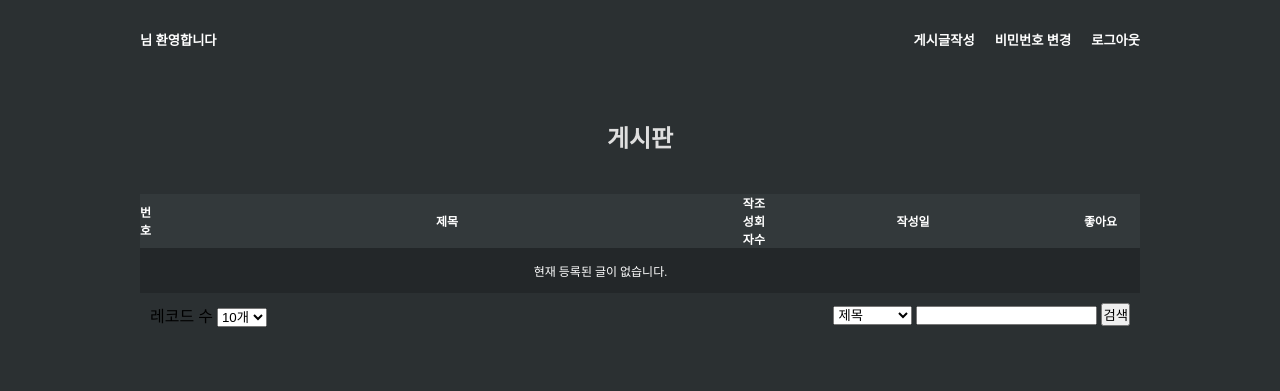
Repository: kyoshin95/BoardBackup
Page: http://localhost/BoardWeb_4/WEB-INF/jsp/board/list.jsp
These files come from the project's save history. The page is drawn as it stood at one moment and after the next save; the edit follows.
The browser window is 1280 px wide. The pictures show the whole page.
The page is served by Tomcat 9. Nobody is signed in. Other server files are loaded and not shown. The template is opened directly, without the code that normally fills it, so the values that code supplies are empty.

Above is the page before, as saved 2020-09-04 03:32:51.
Console error: SyntaxError: Unexpected identifier 'i'

### BoardWeb_4/WebContent/WEB-INF/jsp/board/list.jsp
<%@ page language="java" contentType="text/html; charset=UTF-8"
    pageEncoding="UTF-8"%>
<%@ taglib uri="http://java.sun.com/jsp/jstl/core" prefix="c" %>
<%@ page import="com.koreait.pjt.db.BoardDAO" %>
<%@ page import="com.koreait.pjt.vo.BoardVO" %>
<%@ page import="java.util.*" %>
<!DOCTYPE html>
<html>
<head>
<meta charset="UTF-8">
<title>리스트</title>
<style>
	* { margin: 0px; padding: 0px;}
	body{ background: #2B3032; font-family: "나눔고딕";}
	#container{ width:1000px; height: 100%; margin: 0 auto;}
	#long { width: 600px;}
	#middle { width: 300px;}
	#betweenul{ display: flex; justify-content:space-between;}
	#rightul {display: flex; justify-content:space-around;}
	#bottom_p {display: flex; justify-content:space-between; width: 100%; padding: 0px; font-family: "나눔고딕";}
	.bottom_c {padding: 10px; font-family: "나눔고딕";}
	#rightul li {margin-left: 20px;}
	nav { text-align:right;}
	li {list-style:none; float: left;}
	div { text-align: center; padding-top : 30px;}
	h5 {text-align: right; color: #ffffff;}
	h2 { color : #dfdfdf; margin-top: 40px; margin-bottom: 40px;}
	a {text-decoration: none; color: #ffffff;}
	table { border-collapse : collapse;font-size: 12px;  width: 100%; margin: 0 auto; border: none;  background: #232729;}
	table th { background: #9e9e9e;  height: 50px; border: none; font-weight: bold; background: #33393B; color: #ffffff;}
	table td { height: 45px; width: 150px; border: none; color: #ffffff;}
	.pnt:hover { cursor: pointer; background: #263135; color: black;}
	.chk {font-weight: bold}
	transition: all 0.5s;
    transition-timing-function:ease;
    }
    a {
		text-decoration: none;
		color:black;
	}

	.pagingFont:not(:first-child) {
		margin-left: 13px;
	}
	.pro_img {
		width: 30px; height: 30px; border-radius: 30px;
	}
	.short {
		width: 80px;
	}
	.highlight {
		color: #FAED7D;
		font-weight: bold;
	}
</style>
</head>
<body>
	<div id="container">
		<nav>
			<ul id="betweenul">
				<li>
					<h5><a href="/profile">${loginUser.nm}</a>님 환영합니다</h5>
				</li>
				<li>
					<ul id="rightul">
						<li>
							<h5><a href="/board/regmod">게시글작성</a></h5>
						</li>
						<li>
							<h5><a href="/changePw">비민번호 변경</a></h5>
						</li>
						<li>
							<h5><a href="/user/logout">로그아웃</a></h5>
						</li>
					</ul>
				</li>
			</ul>
		</nav>
		<div>
			<h2>게시판</h2>
		</div>
		<table>
			<tr>
				<th>번호</th>
				<th id="long">제목</th>
				<th>작성자</th>
				<th>조회수</th>
				<th id="middle">작성일</th>
				<th class="short">좋아요</th>
			</tr>
			<c:choose>
				<c:when test="${empty data}">
					<tr>
						<td colspan="5" align="center">현재 등록된 글이 없습니다.</td>
					</tr>
				</c:when>
				<c:otherwise>
					<c:forEach items="${data}" var="item">
						<tr class="pnt" >
							<td onclick="moveToDetail(${item.i_board})">${item.i_board}</td>
							<td onclick="moveToDetail(${item.i_board})">${item.title}
								<c:choose>
									<c:when test="${item.cnt_count == 0}" >
									</c:when>
									<c:otherwise>
										<span> (${item.cnt_count})</span>
									</c:otherwise>
								</c:choose>
							</td>
							<td>
								<c:choose>
									<c:when test="${item.profile_img != null}" >
										<img class="pro_img" src="/img/user/${item.i_user }/${item.profile_img}" >
									</c:when>
									<c:otherwise>
										<img class="pro_img" src="/img/default_profile.jpg">
									</c:otherwise>
								</c:choose>
								${item.nm }
							</td>
							<td>${item.hits}</td>
							<td>${item.r_dt}</td>
							<td onclick="getLikeList(${item.i_board}, ${item.like_count})">${item.like_count }</td>
						</tr>
					</c:forEach>
				</c:otherwise>
			</c:choose>
		</table>
		<div id="bottom_p">
			<div class="bottom_c">
				<form id="selFrm" action="/board/list" method="get">
					<input type="hidden" name="page" value="${page}">
					<input type="hidden" name="searchText" value="${param.searchText}">
					레코드 수
					<select name="record_cnt" onchange="changeRecordCnt()">
						<c:forEach begin="10" end="30" step="10" var="item">
							<c:choose>
								<c:when test="${param.record_cnt == item}">
									<option value="${item}" selected>${item}개</option>
								</c:when>
								<c:otherwise>
									<option value="${item}">${item}개</option>
								</c:otherwise>
							</c:choose>
						</c:forEach>
					</select>
				</form>
			</div>
			<div  class="bottom_c">
				<form action="/board/list">
					<select name="searchType">
						<option value="a" ${searchType == 'a' ? 'selected' : ''}>제목</option>
						<option value="b" ${searchType == 'b' ? 'selected' : ''}>내용</option>
						<option value="c" ${searchType == 'c' ? 'selected' : ''}>제목+내용</option>
					</select>
					<input type="search" name="searchText" value="${param.searchText}">
					<input type="submit" value="검색">
				</form>
			</div>
		</div>
		<div>

		</div>
		<div class="fontCenter">
			<c:forEach begin="1" end="${pagingCnt}" var="item">
				<c:choose>
					<c:when test="${page == item}">
						<span class="pagingFont pageSelected">${item}</span>
					</c:when>
					<c:otherwise>
						<span class="pagingFont">
							<a href="/board/list?page=${item}&record_cnt=${param.record_cnt}&searchText=${param.searchText}&searchType=${searchType}">${item}</a>
						</span>
					</c:otherwise>
				</c:choose>
			</c:forEach>
		</div>
	</div>
	<div id="likeListContainer">
	</div>
	<script src="https://cdn.jsdelivr.net/npm/axios/dist/axios.min.js"></script>
	<script>

		function makeLikeUser(one)
		{
			const img = one.profile_img == null ? '<img class="pImg" src = "/img/default_profile.jpg"' : `<img class="pImg" src="/img/user/\${one.i_user}/\${one.profile_img}">`
			const ele = `<div class="likeItemContainer">
				<div class="profileContainer">
					<div class="profile">
						\${img}
					</div>
				</div>
				<div class="nm">
					\${one.nm}
				</div>
			</div>`
			return ele
		}
		function getLikeList(i_board, cnt)
		{
			likeListContainer.style.opacity = 1
			likeListContainer.innerHTML = ""

			if(cnt == 0) { return }
			axios.get('/boardLike', {
				params: {
					i_board // 변수 X , 키값, 변수명이랑 같을때 이렇게 사용, 원래는 i_board: i_board(키: 변수)형태;
				}
			}).then(function(res) {
				if(res.data.length > 0){
					for(int i = 0; i < res.data.length; i++)
					{
						const result = makeLikeUser(res.data[i])
						likeListContainer.innerHTML += result
					}
				}
			})
		}

		function

		function moveToDetail(i_board)
		{
			location.href = '/board/detail?page=${page}&record_cnt=${param.record_cnt}&searchType=${searchType}&searchText=${param.searchText}&i_board=' + i_board
		}

		function changeRecordCnt()
		{
			selFrm.submit()
		}

	</script>
</body>
</html>

After the next save:
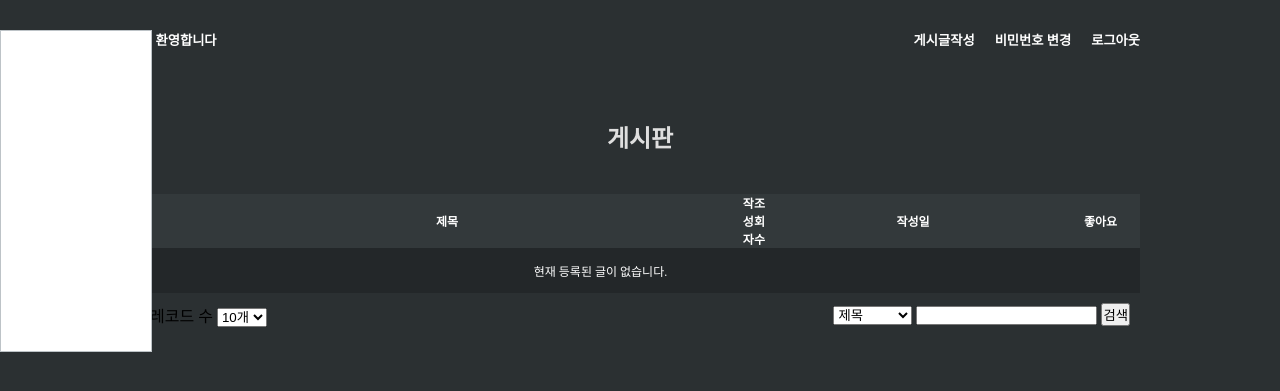
Saved 19 s later.
--- a/BoardWeb_4/WebContent/WEB-INF/jsp/board/list.jsp
+++ b/BoardWeb_4/WebContent/WEB-INF/jsp/board/list.jsp
@@ -51,6 +51,42 @@
 	.highlight {
 		color: #FAED7D;
 		font-weight: bold;
+	}
+	#likeListContainer {
+		padding: 10px;
+		border: 1px solid #bdc3c7;
+		position: absolute;
+		left: 0px;
+		top: 30px;
+		width: 130px;
+		height: 300px;
+		overflow-y: auto;
+		background-color: white !important;
+		transition-duration : 500ms;
+	}
+
+
+
+	.profile {
+		background-color: white !important;
+		display: inline-block;
+		width: 25px;
+		height: 25px;
+	    border-radius: 50%;
+	    overflow: hidden;
+	}
+
+	.likeItemContainer {
+		display: flex;
+		width: 100%;
+	}
+
+	.likeItemContainer .nm {
+		background-color: white !important;
+		margin-left: 7px;
+		font-size: 0.7em;
+		display: flex;
+		align-items: center;
 	}
 </style>
 </head>
